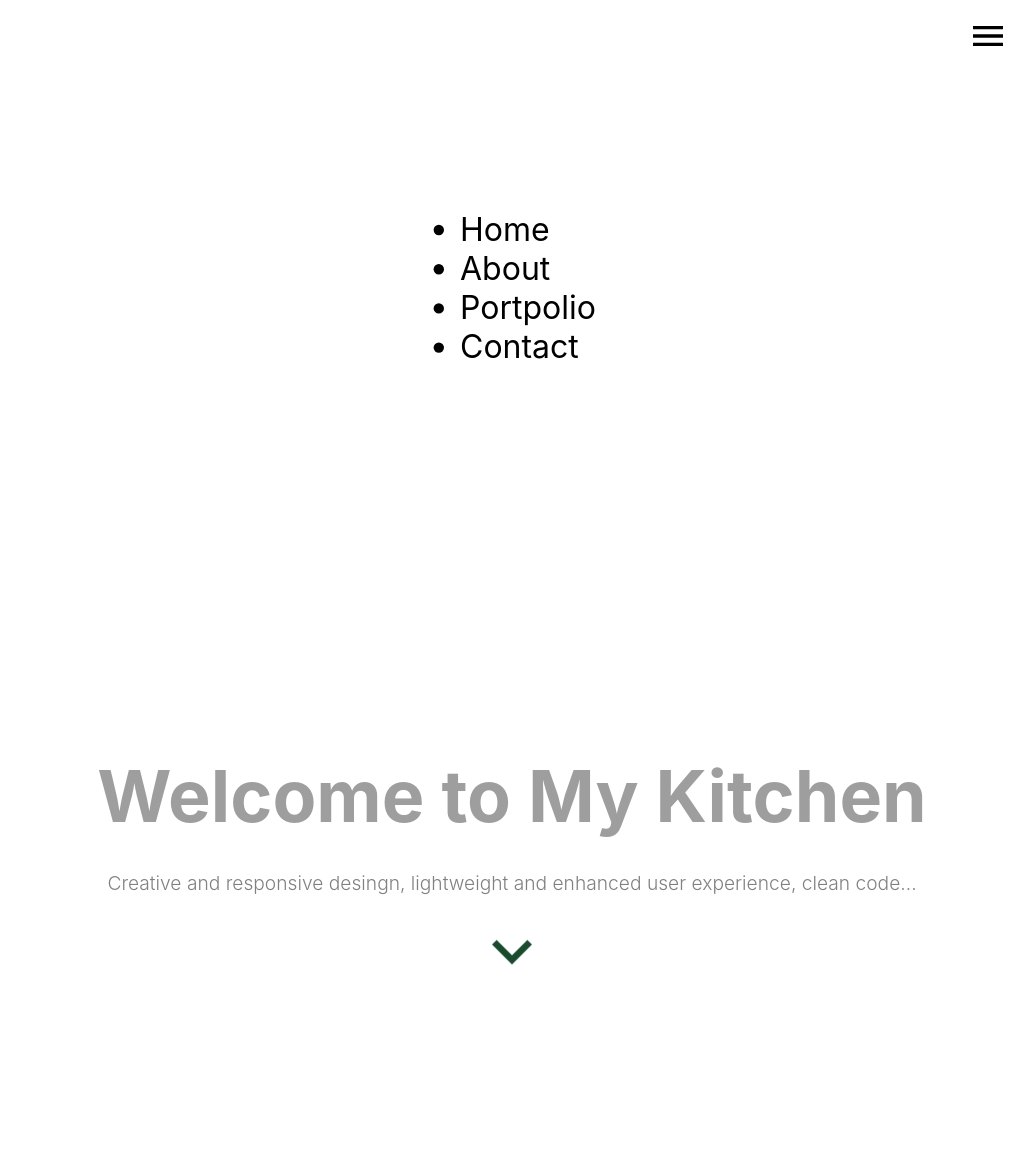
Repository: safak/safak.github.io
Page: /
An editor plug-in stored every save of this project. The page is shown before and after the next save, followed by the edit.
The browser window is 1280 px wide. The pictures show the whole page, at 80% of full size.
Pictures or frames that could not be fetched are drawn as grey boxes. Backgrounds fixed to the window are drawn as part of the page. The project was rebuilt for these pictures with package versions that can differ from the ones it lists, and the page was loaded fresh each time. Also part of the build but not shown: src/App.css.

Above is the page before, as saved 2020-08-28 03:59:28.

### public/index.html
<!DOCTYPE html>
<html lang="en">
  <head>
    <meta charset="utf-8" />
    <meta name="viewport" content="width=device-width, initial-scale=1" />
    <meta name="theme-color" content="#000000" />
    <meta
      name="description"
      content="Freelance Fullstack React, Node.js Developer"
    />
    <link
      href="https://fonts.googleapis.com/css2?family=Roboto:ital,wght@0,300;0,400;0,500;0,900;1,100;1,300;1,400;1,500;1,700;1,900&display=swap"
      rel="stylesheet"
    />
    <title>Safak Kocaoglu</title>
  </head>
  <body>
    <noscript>You need to enable JavaScript to run this app.</noscript>
    <div id="root"></div>
  </body>
</html>

### src/App.js
import React from 'react';
import './App.css';
import Introduction from './components/introduction/Introduction';
import Header from './components/header/Header';
import Menu from './components/menu/Menu';

function App() {
  return (
    <div className="app">
      <Menu/>
      <Header />
      <Introduction/>
    </div>
  );
}

export default App;

### src/components/introduction/Introduction.js
import React from "react";
import "./Introduction.css";
import { ExpandMore } from "@material-ui/icons";

const Introduction = () => {
  return (
    <div className="introduction">
      <div className="introductionCenter">
        <h1>Welcome to My Kitchen</h1>
        <p>
          Creative and responsive desingn, lightweight and enhanced user
          experience, clean code...
        </p>
      </div>
      <ExpandMore className="animate-flicker"/>
    </div>
  );
};

export default Introduction;

### src/components/header/Header.js
import React from "react";
import "./Header.css";
import { Menu } from "@material-ui/icons";

const Header = () => {
  return <div className="header">
      <Menu />
  </div>;
};

export default Header;

### src/components/menu/Menu.js
import React from "react";
import "./Menu.css";

const Menu = () => {
  return (
    <div className="menu">
      <ul className="menuList">
        <li className="menuListItem">Home</li>
        <li className="menuListItem">About</li>
        <li className="menuListItem">Portpolio</li>
        <li className="menuListItem">Contact</li>
      </ul>
    </div>
  );
};

export default Menu;

### src/components/introduction/Introduction.css
.introduction {
  height: 100vh;
  display: flex;
  flex-direction: column;
  align-items: center;
  justify-content: center;
}

.introductionCenter {
  display: flex;
  flex-direction: column;
  align-items: center;
  justify-content: center;
}

.introductionCenter > h1 {
  font-size: 7vw;
  color: white; /* Fallback: assume this color ON TOP of image */
  -webkit-background-clip: text;
  -webkit-text-fill-color: transparent;
  background-image: url("https://images.pexels.com/photos/236171/pexels-photo-236171.jpeg?auto=compress&cs=tinysrgb&dpr=2&w=500");
  background-attachment: fixed;
  background-position: center;
  background-repeat: no-repeat;
  background-size: cover;
  margin: 20px;
}

.introductionCenter > p {
  font-size: 24px;
  font-weight: 300;
  margin: 20px;
  color: gray;
}

.introduction > .MuiSvgIcon-root {
  font-size: 100px;
  color: #0d4324;
}

@keyframes flickerAnimation {
  0% {
    opacity: 1;
  }
  50% {
    opacity: 0;
  }
  100% {
    opacity: 1;
  }
}
@-o-keyframes flickerAnimation {
  0% {
    opacity: 1;
  }
  50% {
    opacity: 0;
  }
  100% {
    opacity: 1;
  }
}
@-moz-keyframes flickerAnimation {
  0% {
    opacity: 1;
  }
  50% {
    opacity: 0;
  }
  100% {
    opacity: 1;
  }
}
@-webkit-keyframes flickerAnimation {
  0% {
    opacity: 1;
  }
  50% {
    opacity: 0;
  }
  100% {
    opacity: 1;
  }
}
.animate-flicker {
  -webkit-animation: flickerAnimation 2s infinite !important;
  -moz-animation: flickerAnimation 2s infinite !important;
  -o-animation: flickerAnimation 2s infinite !important;
  animation: flickerAnimation 2s infinite !important;
}

### src/components/header/Header.css
.header {
  position: fixed;
  top: 20px;
  right: 20px;
}

.header > .MuiSvgIcon-root {
  font-size: 50px;
  cursor: pointer;
}

### src/components/menu/Menu.css
.menu {
  height: 100vh;
  display: flex;
  align-items: center;
  justify-content: center;
  font-size: 40px;
}

.menuItem {
  list-style: none;
}

Loaded but not shown: src/index.js (common file); src/index.css (common file)

After the next save:
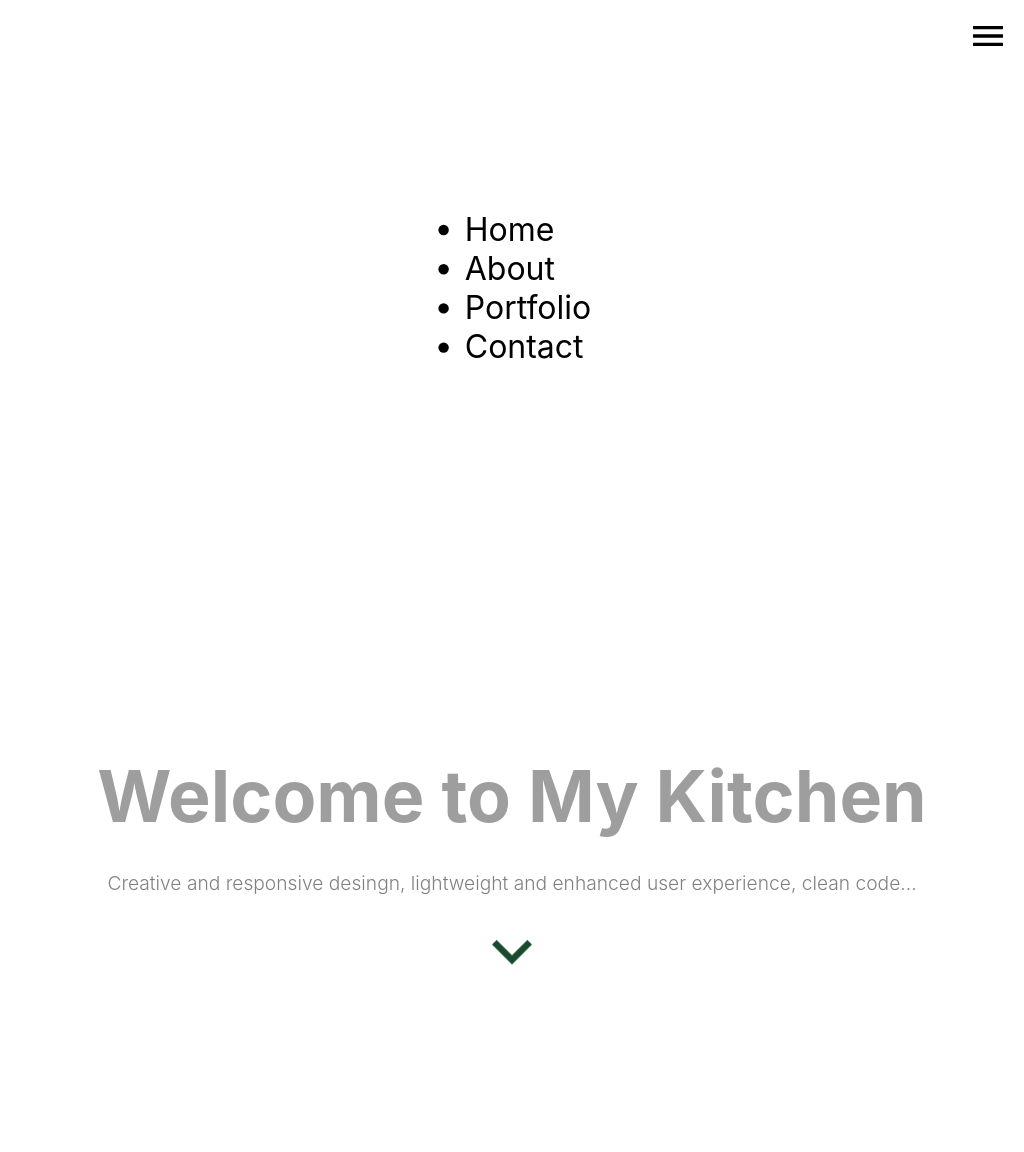
Saved 14 s later.
--- a/src/components/menu/Menu.js
+++ b/src/components/menu/Menu.js
@@ -7,7 +7,7 @@ const Menu = () => {
       <ul className="menuList">
         <li className="menuListItem">Home</li>
         <li className="menuListItem">About</li>
-        <li className="menuListItem">Portpolio</li>
+        <li className="menuListItem">Portfolio</li>
         <li className="menuListItem">Contact</li>
       </ul>
     </div>
